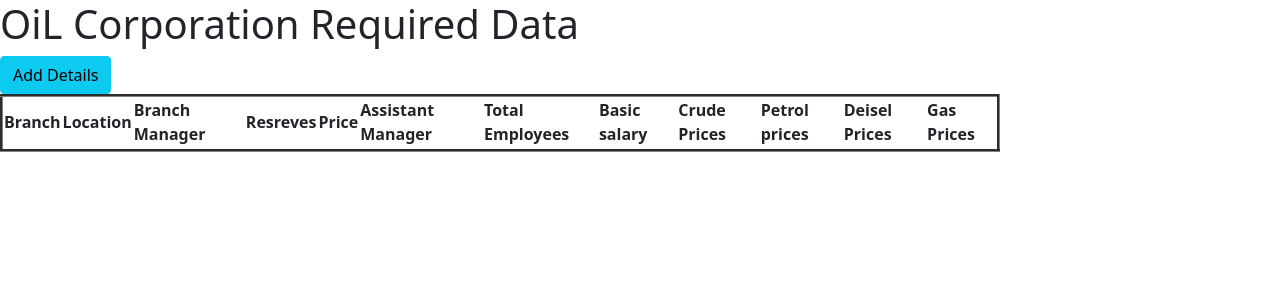
Repository: veerrajuMareddi/demo
Page: http://localhost/OilCorporation/views/unique.jsp
These files come from the project's save history. The page is drawn as it stood at one moment and after the next save; the edit follows.
The browser window is 1280 px wide. The pictures show the whole page.
The page is served by Tomcat 9. Other server files are loaded and not shown. The template is opened directly, without the code that normally fills it, so the values that code supplies are empty.

Above is the page before, as saved 2022-05-03 13:27:54.

### OilCorporation/src/main/webapp/views/unique.jsp

<%@ page language="java" contentType="text/html; charset=ISO-8859-1"
pageEncoding="ISO-8859-1"%>
<%@ taglib uri="http://www.springframework.org/tags/form" prefix="form"%>
<%@taglib prefix="c" uri="http://java.sun.com/jsp/jstl/core"%>
<!DOCTYPE html>
<html>
<head>
<link
	href="https://cdn.jsdelivr.net/npm/bootstrap@5.1.3/dist/css/bootstrap.min.css"
	rel="stylesheet"
	integrity="sha384-1BmE4kWBq78iYhFldvKuhfTAU6auU8tT94WrHftjDbrCEXSU1oBoqyl2QvZ6jIW3"
	crossorigin="anonymous">
	<script
	src="https://cdn.jsdelivr.net/npm/bootstrap@5.1.3/dist/js/bootstrap.bundle.min.js"
	integrity="sha384-ka7Sk0Gln4gmtz2MlQnikT1wXgYsOg+OMhuP+IlRH9sENBO0LRn5q+8nbTov4+1p"
	crossorigin="anonymous"></script>
<meta charset="ISO-8859-1">
<title>BranvhDetails</title>
</head>
<body style="background-color: white;">
<style>
	form {
		width: 300px;
		margin: 0 auto;
	}
</style>
<h1>OiL Corporation Required Data</h1>
<a class="btn btn-info" href="/src/callsave">Add Details</a>

<br>
<table border="3" style="width:1000px" style="text-align:center">

<tr>
<center>
<th>Branch</th>
<th>Location</th>
<th>Branch Manager</th>
<th>Resreves</th>
<th>Price</th>
<th>Assistant Manager</th>
<th>Total Employees</th>
<th>Basic salary</th>
<th>Crude Prices</th>
<th>Petrol prices</th>
<th>Deisel Prices</th>
<th>Gas Prices</th>
</center>

</tr>
<tr>
<center>
<td>${getId.corp.branch}</td>
<td>${getId.corp.location}</td>
<td>${getId.corp.branchManager}</td>
<td>${getId.corp.oilReserves}</td>
<td>${getId.corp.barrelPrice}</td>
<td>${getId.assistManager}</td>
<td>${getId.toatalEmployees}</td>
<td>${getId.salary}</td>
<td>${getId.corp.prices.crudePrice}</td>
<td>${getId.corp.prices.petrolPrice}</td>
<td>${getId.corp.prices.dieselPrice}</td>
<td>${getId.corp.prices.gasPrice}</td>

</center>
</tr>
</table>
</body>
</html>

After the next save:
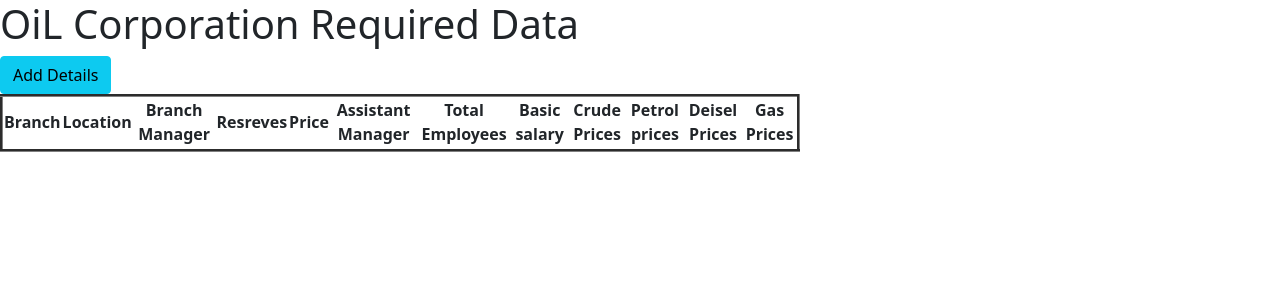
Saved 3 min 52 s later.
--- a/OilCorporation/src/main/webapp/views/unique.jsp
+++ b/OilCorporation/src/main/webapp/views/unique.jsp
@@ -29,7 +29,7 @@ pageEncoding="ISO-8859-1"%>
 <a class="btn btn-info" href="/src/callsave">Add Details</a>
 
 <br>
-<table border="3" style="width:1000px" style="text-align:center">
+<table border="3" width=800 style="text-align:center">
 
 <tr>
 <center>
